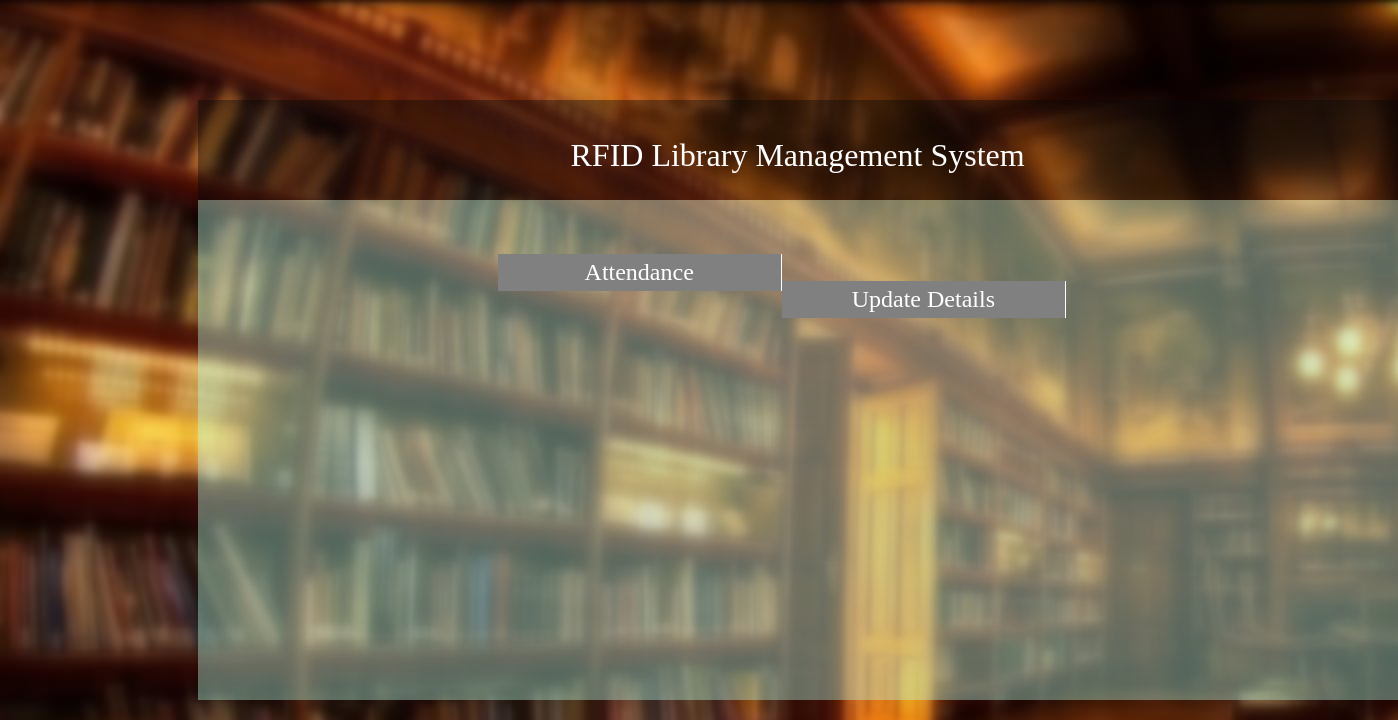
Repository: vigineshs/A-Smart-Data-Analyzer-for-Library-Management-System
Page: http://localhost/librarymgmt/attend.jsp
These files come from the project's save history. The page is drawn as it stood at one moment and after the next save; the edit follows.
The browser window is 1280 px wide. The page is 1398 px wide, so the pictures cover 1398 px, including what lies to the right of the window. The pictures show the whole page.
The page is served by Tomcat 9. Other server files are loaded and not shown.

Above is the page before, as saved 2013-02-11 14:27:04.

### PassiveRFID/CS203-Version 1.0.6/Demo Applications/Dot Net C#/Demo Applications Source Code/RFID/librarymgmt/WebContent/attend.jsp
<%@ page language="java" contentType="text/html; charset=ISO-8859-1"
    pageEncoding="ISO-8859-1"%>
<!DOCTYPE html PUBLIC "-//W3C//DTD HTML 4.01 Transitional//EN" "http://www.w3.org/TR/html4/loose.dtd">
<html>
<head>
<title>RFID | Library Management System</title>
<link rel="stylesheet" type="text/css" href="page.css ">

</head>
<body>
<div class="center">
<div id="container">
<div id="header"><br/>
RFID Library Management System
</div>
<div id="content">
<br/><br/>
	<div id="lcon">

	</div>
	<div id="rcon">
<a href="attendance.jsp">Attendance</a><br/>
<a href="updetails.jsp">Update Details</a><br/>

	</div>
</div>
</div></div>
</body>
</html>

### PassiveRFID/CS203-Version 1.0.6/Demo Applications/Dot Net C#/Demo Applications Source Code/RFID/librarymgmt/WebContent/page.css
#container
{


width:1200px;
height:500px;
margin:0px;

}

ul
{

width:100%;
padding:0;
margin:0;
list-style-type:none;
}

a
{
float:left;
width:10em;
text-decoration:none;
text-align:center;
color:white;
background-color:grey;
padding:0.2em 0.9em;
border-right:1px solid white;
}

a:hover {background-color:white;
color:black;}

li {display:inline;}


.center
{
margin-left:auto;
margin-right:auto;
width:70%;
}

body
{
background-image:url('images/lib.jpg');
}

#header
{
background-image:url('images/header.png');
font-family:Monotype Corsiva;
font-size:32px;
color:white;
height:100px;
text-align:center;
float:center;
margin-top:100px;
}

#content
{
background-image:url('images/content.png');
width:1200px;
height:500px;
margin-left:0px;
overflow:hidden;
font-size:24px;
float:center;
}

#lcon
{
width:300px;
height:100%
overflow:hidden;
}

#rcon
{
width:700px;
height:100%
overflow:hidden;
margin-left:300px;
}

After the next save:
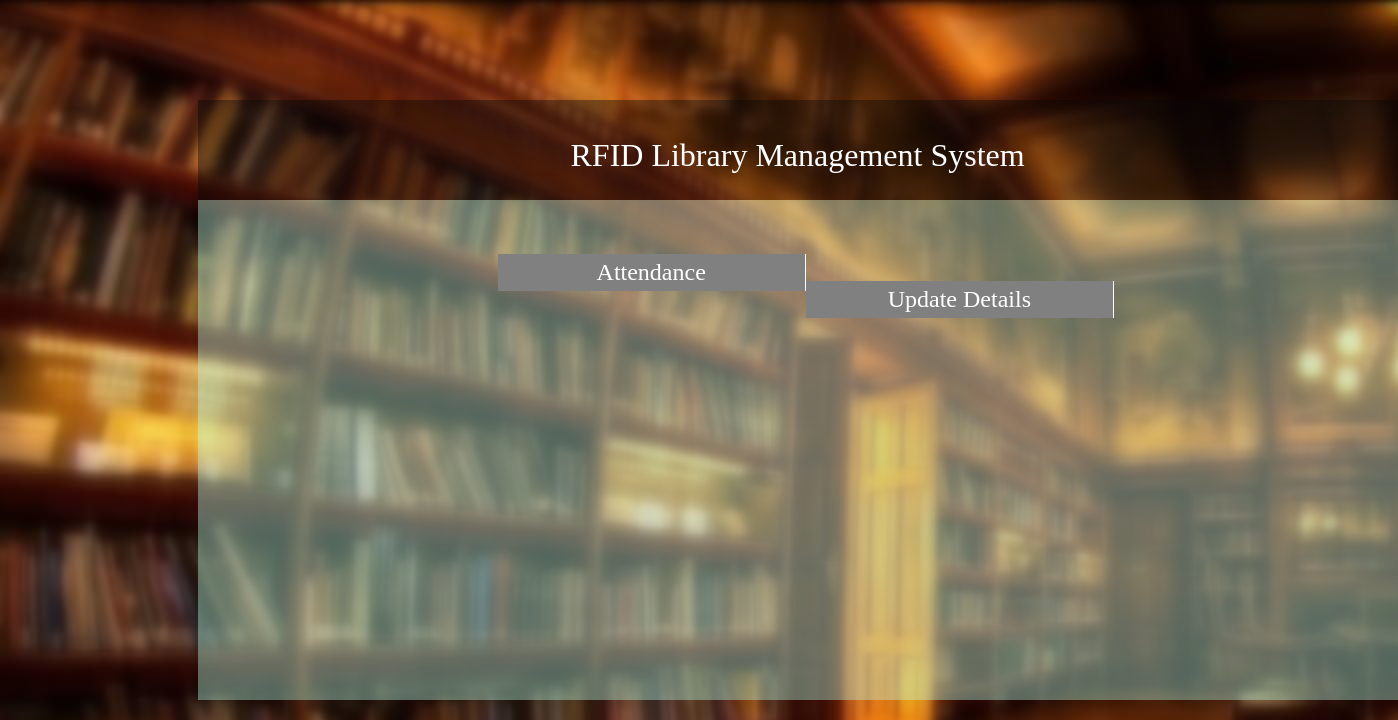
Saved 19 s later.
--- a/PassiveRFID/CS203-Version 1.0.6/Demo Applications/Dot Net C#/Demo Applications Source Code/RFID/librarymgmt/WebContent/page.css
+++ b/PassiveRFID/CS203-Version 1.0.6/Demo Applications/Dot Net C#/Demo Applications Source Code/RFID/librarymgmt/WebContent/page.css
@@ -20,7 +20,7 @@ list-style-type:none;
 a
 {
 float:left;
-width:10em;
+width:11em;
 text-decoration:none;
 text-align:center;
 color:white;
